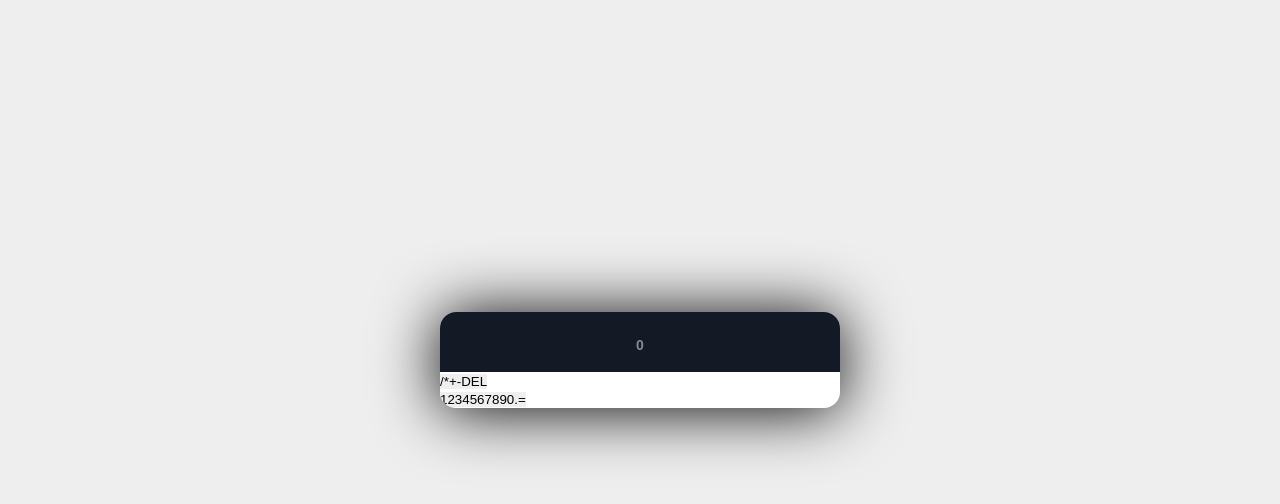
Repository: wakoya-tech/calculator-app
Page: /
The author's editor kept a copy of each file at every save. The page is drawn from the files as they stood at one save, then again after the next save.
The browser window is 1280 px wide. The pictures show the whole page.
The project was rebuilt for these pictures with package versions that can differ from the ones it lists, and the page was loaded fresh each time. Also part of the build but not shown: vite.config.js.

Above is the page before, as saved 2025-10-16 23:17:15.

After the next save:
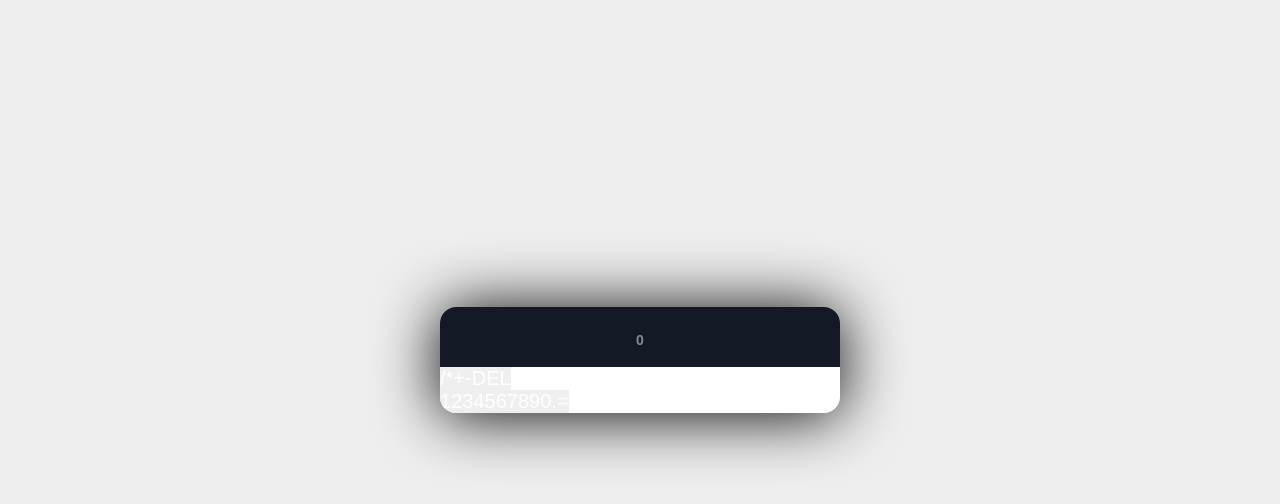
Saved 32 s later.
--- a/src/App.css
+++ b/src/App.css
@@ -45,4 +45,6 @@ button{
   appearance: none;
   border: none;
   outline: none;
+  color: #fff;
+  font-size: 20px;
 }
